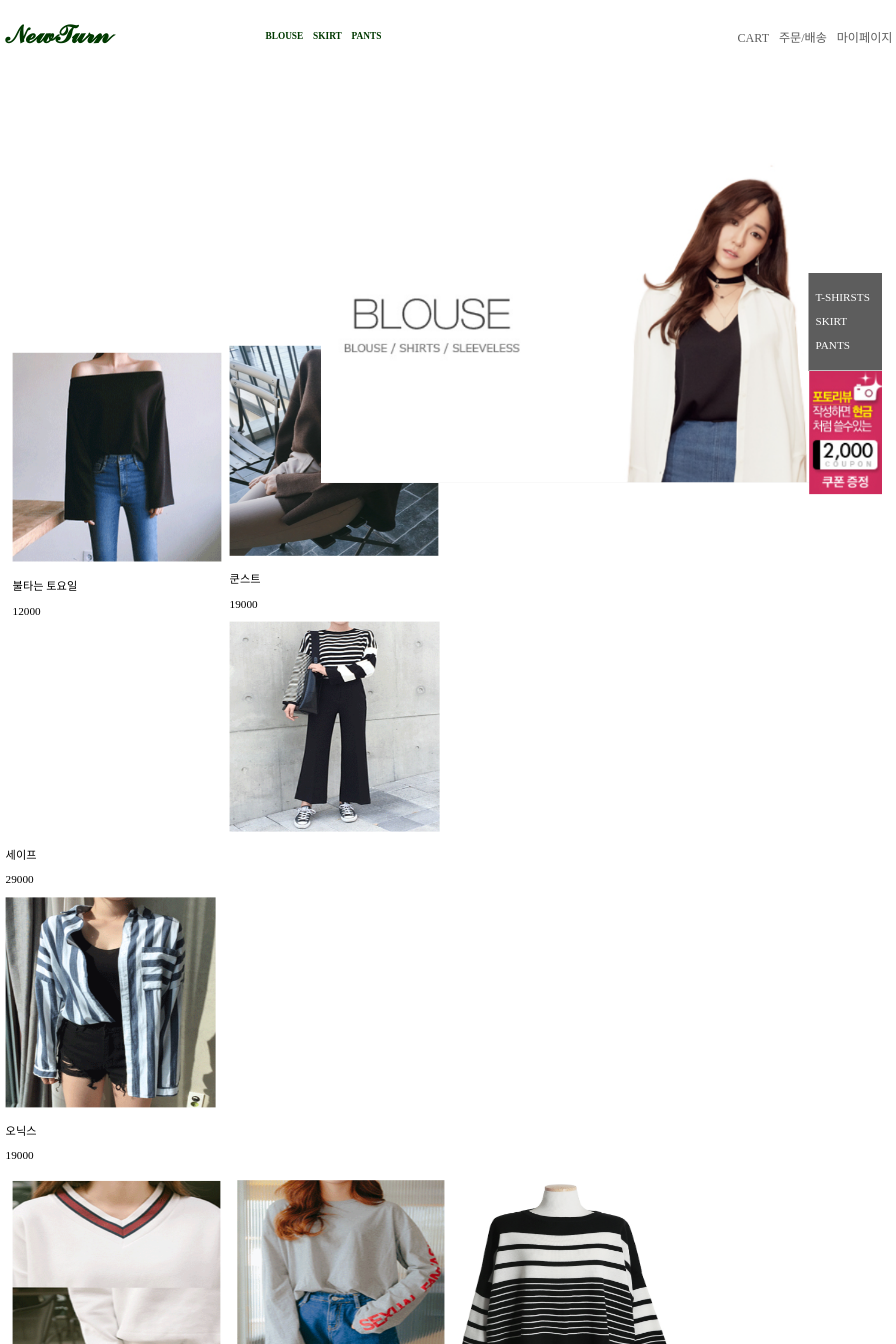
Repository: won0108/Port-Folio
Page: Creating_Homepage/Shopping/WebContent/top.html
An editor plug-in stored every save of this project. The page is shown before and after the next save, followed by the edit.
The browser window is 1280 px wide. The pictures show the part of the page from y = 0 to 1920 px (the page is 2472 px tall before and 3318 px after), at 70% of full size.

Above is the page before, as saved 2020-12-03 07:29:36.

### Creating_Homepage/Shopping/WebContent/top.html
<!DOCTYPE html>
<html>
<head>  <!--웹페이지에 대한 정보를 제공한다.-->
 <title> New Turn </title>  <!--탭에 New Turn을 나타낸다.-->
<style>

 	@font-face
 	{
 		font-family:"My Font";
 		src: url("fontstyle/ENCOSCPT.TTF");
	}
 	h1{
   	color:#003900;
   	position:fixed;
   	top: 0px;
   	left:10px;
   	font-family:"My Font", serif;
   	font-size: 30pt;
   	}
	#infor{
	position:fixed;
	top:40px; right:0px;
	}
	#infor a{
	text-decoration:none;
	color:#5D5D5D;
	font-size:13pt;
	display: inline;
	padding :5px;
	}
	#infor a:hover{
	tex-decoration:underline;
	color: black;
	text-weight:bold;
	}
	#categ{
	position:fixed;
	top:25px; right:730px;
	}
	#categ ul li{
	display: inline;
	}
	#categ ul li a{
	text-decoration:none;
	color:#003900;
	font-size:10pt;
	font-weight:bold;
	text-transform:uppercase;
	padding :5px;
	}
	#categ ul li a:hover{
	tex-decoration:underline; color: black;
	}
</style>
</head>
<body>
<h1> NewTurn </h1>
<div id="infor">
	<a href="">CART</a>
	<a href="">주문/배송</a>
	<a href="마이페이지.html">마이페이지</a>
</div>
<div id="categ">
		<ul>
			<li><a href="top.html">BLOUSE</a></li>
			<li><a href="skirt.html">SKIRT</a></li>
			<li><a href="pants.html">PANTS</a></li>
		</ul>
</div>
<img style="position:relative; top : 200px; left:450px;" src="images/티파니.PNG"><br>

<div style="margin:10px;float:left;">
   <img src="images/티셔츠1.PNG"width="300" height="300">
   <p>불타는 토요일</p>
   <p>12000</p></div>
   <img src="images/티셔츠2.PNG" width="300" height="300">
   <p>쿤스트</p>
   <p>19000</p>
   <img src="images/티셔츠3.PNG" width="300" height="300">
   <p>세이프</p>
   <p>29000</p>
   <img src="images/티셔츠4.PNG" width="300" height="300">
   <p>오닉스</p>
   <p>19000</p>
<div style="margin:10px; float:left;">
<img src="티셔츠5.png" width="300" height="300">
<p>따뜻한 날</p>
<p>29000</p>
</div>
<div style="margin:10px; float:left;">
<img src="티셔츠6.png" width="300" height="300">
<p>힙순이</p><p>12000</p></div>
<div style="margin:10px; float:left;">
<img src="티셔츠7.png" width="300" height="300">
<p>스트라이프</p>
<p>29000</p>
</div>
<div style="margin:10px; float:left;">
<img src="티셔츠8.png">
<p>옆트임</p>
<p>19000</p>
</div>
<div style="background-color:#5D5D5D;
width:85px; height:120px; right:20px; bottom:190px;
color:white; display:block; position:fixed; padding:10px;">
<p>T-SHIRSTS</p>
<p>SKIRT</p>
<p>PANTS</p>
</div>
<div style=" display:block; position:fixed; right:20px; bottom:10px;">
<img src="쿠폰.png"></div>
 </form>
</body>
</html>

After the next save:
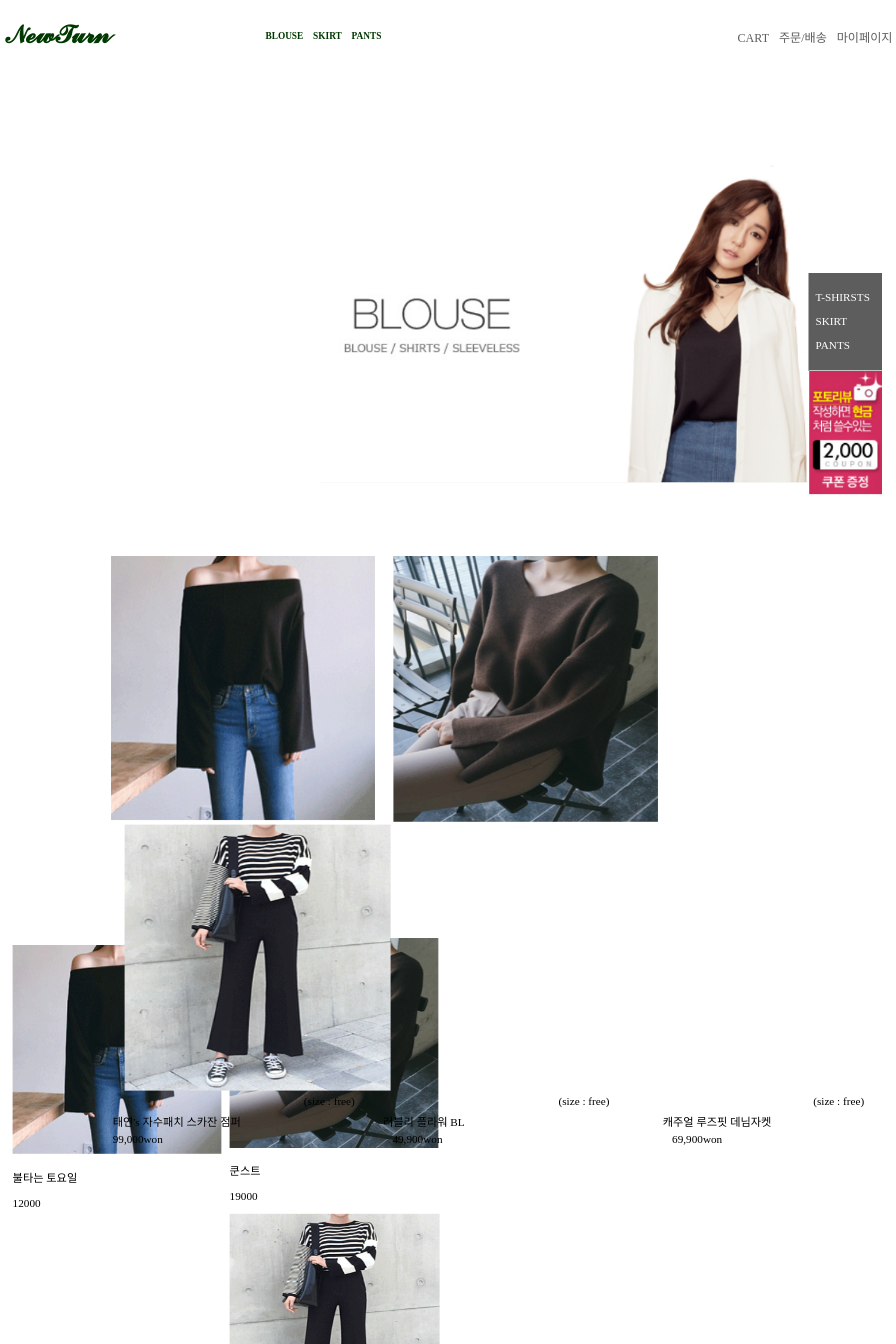
Saved 3 min 55 s later.
--- a/Creating_Homepage/Shopping/WebContent/top.html
+++ b/Creating_Homepage/Shopping/WebContent/top.html
@@ -51,6 +51,10 @@
 	#categ ul li a:hover{
 	tex-decoration:underline; color: black;
 	}
+	#main{
+   	position:relative;
+   	top: 300px; margin-left:150px;
+   }
 </style>
 </head>
 <body>
@@ -68,9 +72,40 @@
 		</ul>
 </div>
 <img style="position:relative; top : 200px; left:450px;" src="images/티파니.PNG"><br>
-
+<div id="main">
+		<a href="태연.html">
+		<img src="images/티셔츠1.PNG" width="380" height="380"></a>
+		<img src="images/티셔츠2.PNG" width="380" height="380" style="padding-left:20px;">
+		<img src="images/티셔츠3.PNG" width="380" height="380" style="padding-left:20px;">
+		<table>
+			<tr>
+				<td><div style="background-color:black;"></div></td>
+				<td style="padding-left:270px;">(size : free)</td>
+				<td><div style="background-color:#002266; margin-left:30px;"></div></td>
+				<td><div style="background-color:#980000;"></div></td>
+				<td style="padding-left:250px;">(size : free)</td>
+				<td><div style="background-color:#998A00;margin-left:30px;"></div></td>
+				<td><div style="background-color:#5F00FF;"></div></td>
+				<td style="padding-left:250px;">(size : free)</td>
+		    </tr>
+		</table>
+		<table>
+		<tr>
+			<td>태연's 자수패치 스카잔 점퍼</td>
+			<td style="padding-left: 200px;">러블리 플라워 BL</td>
+			<td style="padding-left: 280px;">캐주얼 루즈핏 데님자켓</td>
+		</tr>
+	</table>
+	<table>
+		<tr>
+	    	<td>99,000won</td>
+	    	<td style="padding-left: 325px;">49,900won</td>
+	    	<td style="padding-left: 325px;">69,900won</td>
+	    </tr>
+	</table>
+	</div>
 <div style="margin:10px;float:left;">
-   <img src="images/티셔츠1.PNG"width="300" height="300">
+   <img src="images/티셔츠1.PNG" width="300" height="300">
    <p>불타는 토요일</p>
    <p>12000</p></div>
    <img src="images/티셔츠2.PNG" width="300" height="300">
